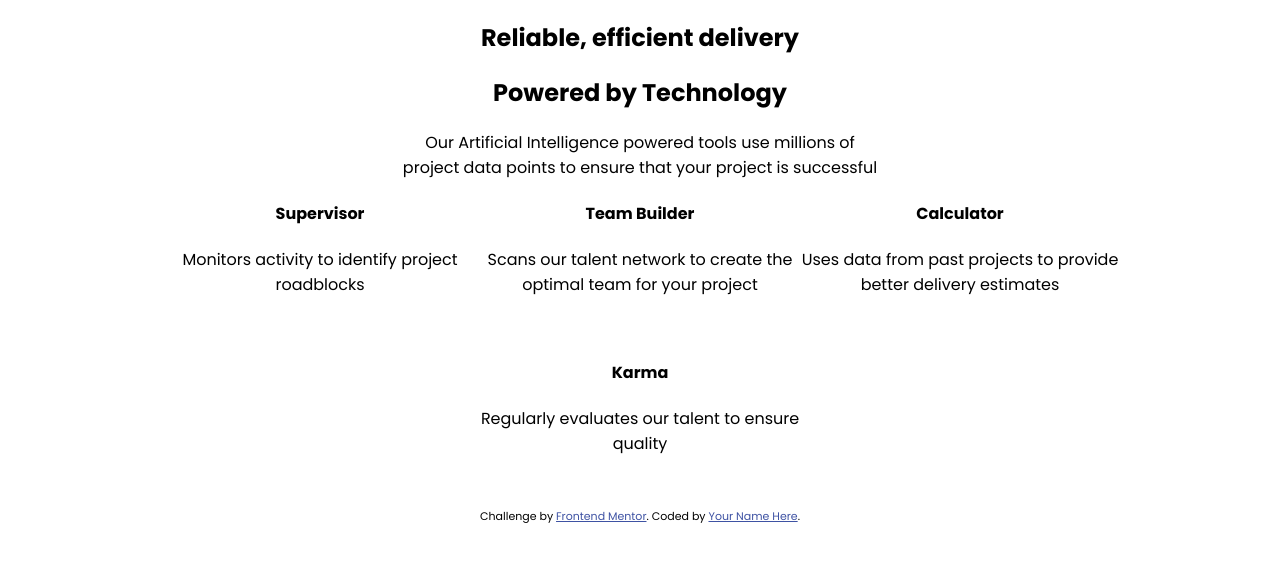
Repository: BuduCE/four-card-feature-section-master
Page: index.html
The author's editor kept a copy of each file at every save. The page is drawn from the files as they stood at one save, then again after a run of saves.
The browser window is 1280 px wide. The pictures show the whole page.

Above is the page before, as saved 2023-06-01 22:14:24.

After the next 3 saves:
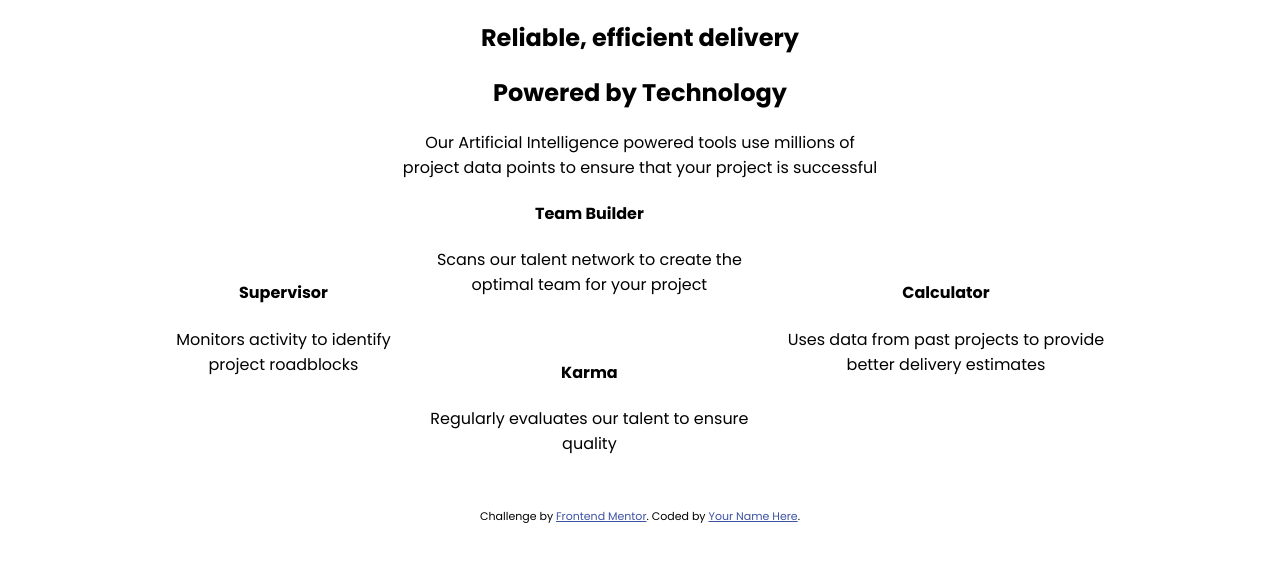
The 3 saves are shown as one change because they came seconds apart.
The last was saved 23 s later.
--- a/styles.css
+++ b/styles.css
@@ -18,9 +18,8 @@ body {
     margin: auto;
 }
 .product_card{
-    display: grid;
-    grid-template-columns: 1fr 1fr 1fr;
-    justify-self: center;
-    /* display: flex;
-    align-items: center; */
+    /* display: grid;
+    grid-template-columns: 1fr 1fr 1fr; */
+    display: flex;
+    align-items: center;
 }
